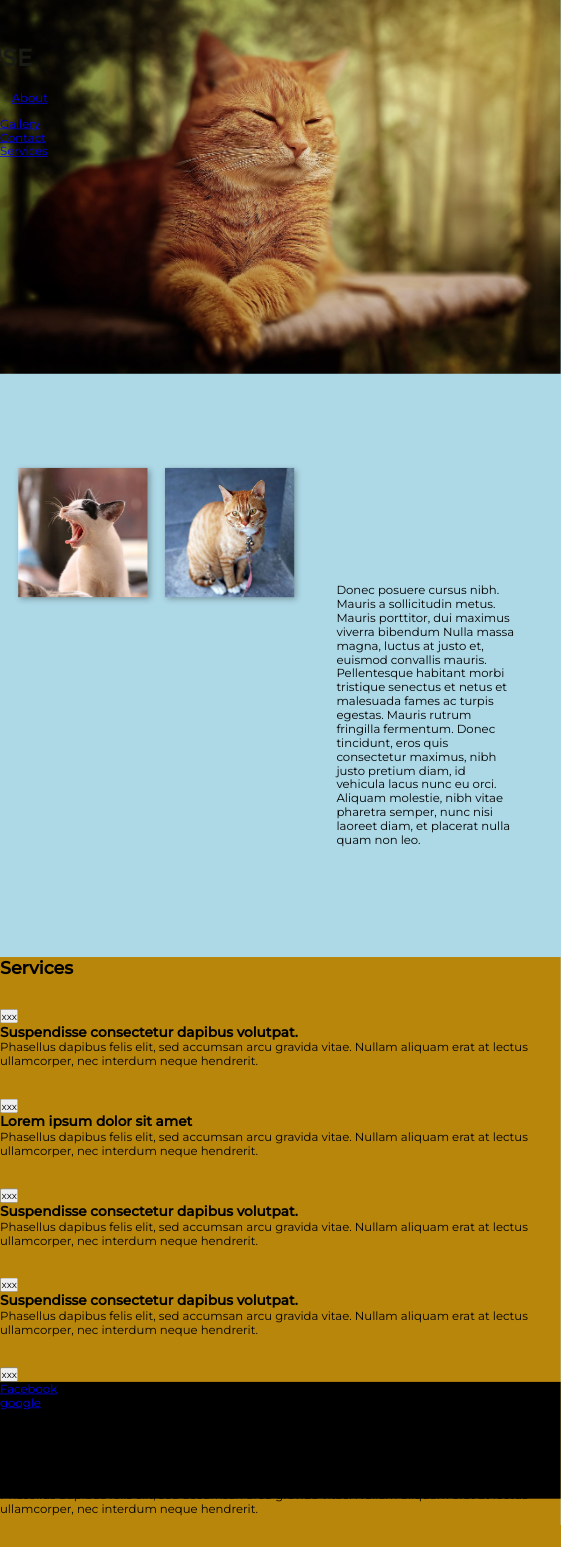
Repository: raul4264/final
Page: index.html
An editor plug-in stored every save of this project. The page is shown before and after the next save, followed by the edit.
The browser window is 768 px wide. The pictures show the whole page, at 73% of full size.

Above is the page before, as saved 2021-03-24 09:31:30.

After the next save:
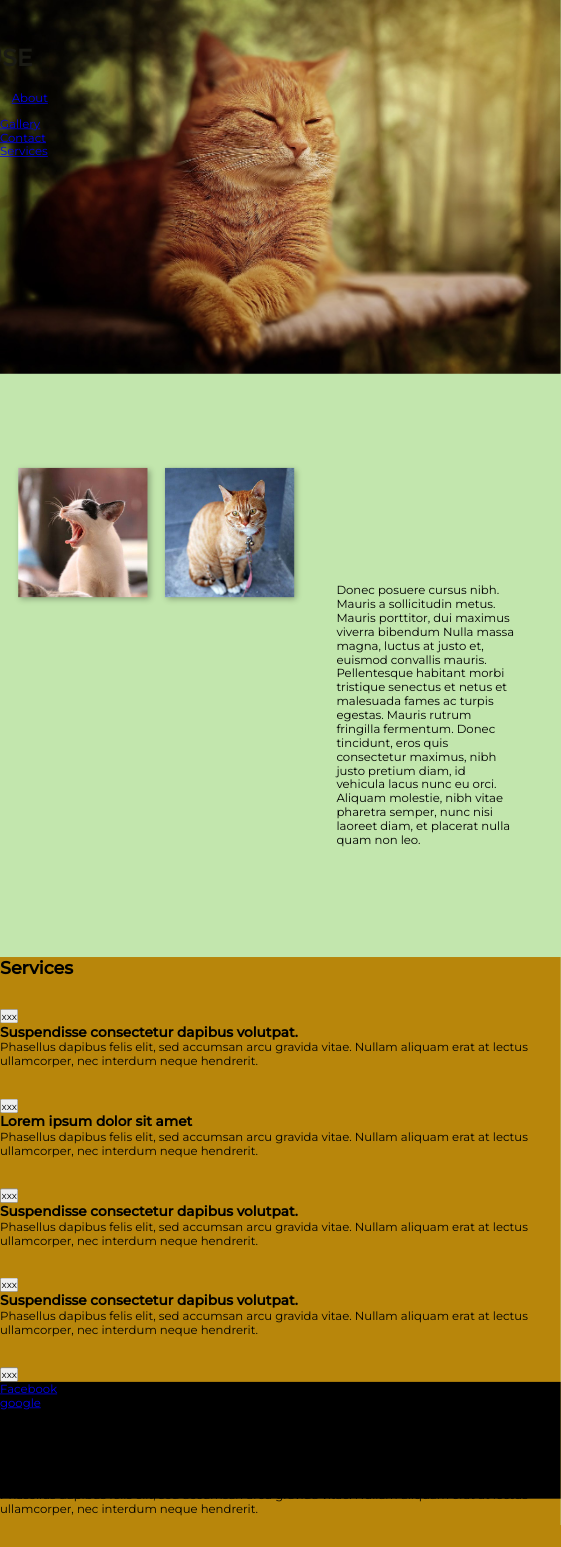
Saved 15 s later.
--- a/css/estilos.css
+++ b/css/estilos.css
@@ -197,7 +197,7 @@ footer {
 
 @media only screen and (max-width: 800px) {
     body {
-      background-color: lightblue;
+      background-color: rgb(194, 230, 173);
     }
 
 #nav {
